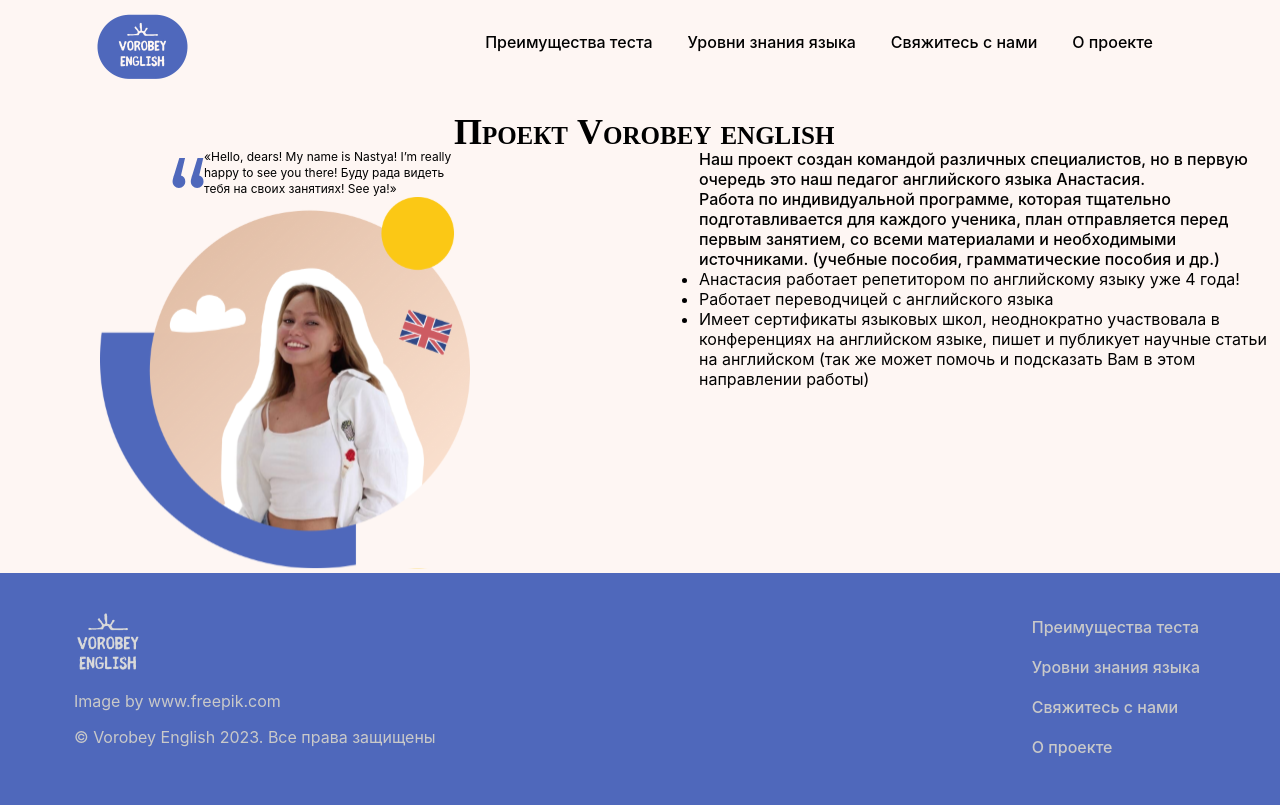
Repository: WladimirVA/PP-01-01_Dandelions
Page: info-customer.html
An editor plug-in stored every save of this project. The page is shown before and after the next save, followed by the edit.
The browser window is 1280 px wide. The pictures show the whole page.

Above is the page before, as saved 2023-03-17 10:44:05.

After the next save:
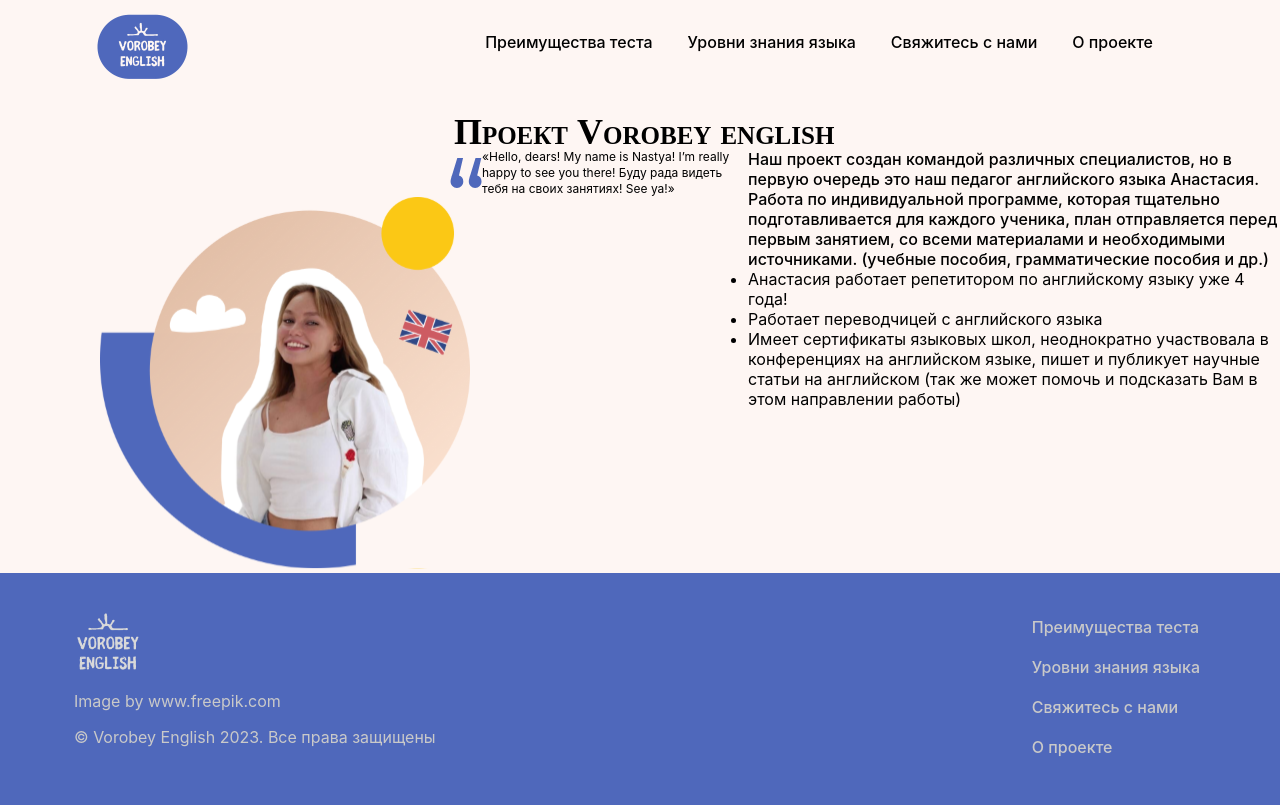
Saved 67 s later.
--- a/static/css/vorobey.css
+++ b/static/css/vorobey.css
@@ -23,6 +23,7 @@
 .foto-vorobey {
     display: flex;
     justify-content: flex-end;
+    padding-left: 350px;
 }
 
 .foto-vorobey p {
